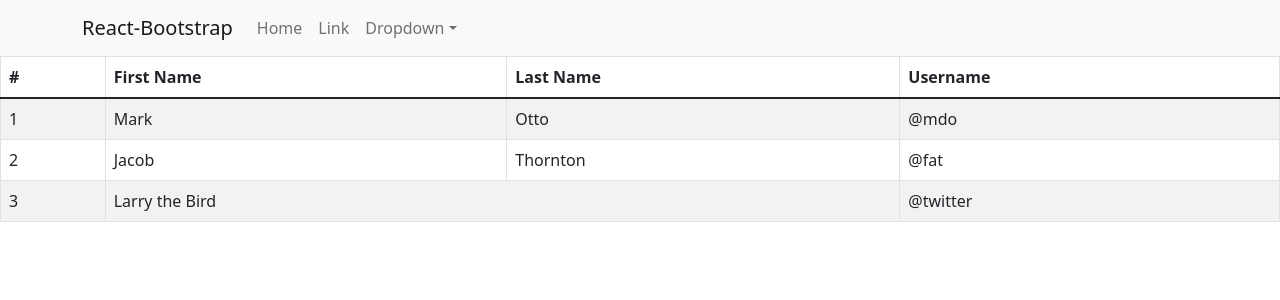
Repository: hieuche123/practice-reactjs
Page: /
The author's editor kept a copy of each file at every save. The page is drawn from the files as they stood at one save, then again after the next save.
The browser window is 1280 px wide. The pictures show the whole page.
The project was rebuilt for these pictures with package versions that can differ from the ones it lists, and the page was loaded fresh each time.

Above is the page before, as saved 2023-03-21 16:35:24.

### src/index.js
import React from 'react';
import ReactDOM from 'react-dom';
import App from './App';
import 'bootstrap/dist/css/bootstrap.min.css';

ReactDOM.render(
  <React.StrictMode>
    <App />
  </React.StrictMode>,
  document.getElementById('root')
);

// If you want to start measuring performance in your app, pass a function
// to log results (for example: reportWebVitals(console.log))
// or send to an analytics endpoint. Learn more: https://bit.ly/CRA-vitals

### src/App.js

import './App.scss';
import Header from './components/Header';
import TableUsers from './components/TableUsers';

function App() {
  return (
    <div className="app-container">
      <Header/>
      <TableUsers/>
    </div>
  );
}

export default App;

### src/components/Header.js
import Container from 'react-bootstrap/Container';
import Nav from 'react-bootstrap/Nav';
import Navbar from 'react-bootstrap/Navbar';
import NavDropdown from 'react-bootstrap/NavDropdown';
function Header() {
    return (
        <>
            <Navbar bg="light" expand="lg">
                <Container>
                    <Navbar.Brand href="#home">React-Bootstrap</Navbar.Brand>
                    <Navbar.Toggle aria-controls="basic-navbar-nav" />
                    <Navbar.Collapse id="basic-navbar-nav">
                    <Nav className="me-auto">
                        <Nav.Link href="#home">Home</Nav.Link>
                        <Nav.Link href="#link">Link</Nav.Link>
                        <NavDropdown title="Dropdown" id="basic-nav-dropdown">
                        <NavDropdown.Item href="#action/3.1">Action</NavDropdown.Item>
                        <NavDropdown.Item href="#action/3.2">
                            Another action
                        </NavDropdown.Item>
                        <NavDropdown.Item href="#action/3.3">Something</NavDropdown.Item>
                        <NavDropdown.Divider />
                        <NavDropdown.Item href="#action/3.4">
                            Separated link
                        </NavDropdown.Item>
                        </NavDropdown>
                    </Nav>
                    </Navbar.Collapse>
                </Container>
            </Navbar>
        </>
    );
}

export default Header;

### src/components/TableUsers.js
import Table from 'react-bootstrap/Table';

function TableUsers() {
    return (
        <>
            <Table striped bordered hover>
                <thead>
                    <tr>
                    <th>#</th>
                    <th>First Name</th>
                    <th>Last Name</th>
                    <th>Username</th>
                    </tr>
                </thead>
                <tbody>
                    <tr>
                    <td>1</td>
                    <td>Mark</td>
                    <td>Otto</td>
                    <td>@mdo</td>
                    </tr>
                    <tr>
                    <td>2</td>
                    <td>Jacob</td>
                    <td>Thornton</td>
                    <td>@fat</td>
                    </tr>
                    <tr>
                    <td>3</td>
                    <td colSpan={2}>Larry the Bird</td>
                    <td>@twitter</td>
                    </tr>
                </tbody>
            </Table>


        </>
    );
}

export default TableUsers;

Loaded but not shown: public/index.html (common file); src/App.scss (common file)

After the next save:
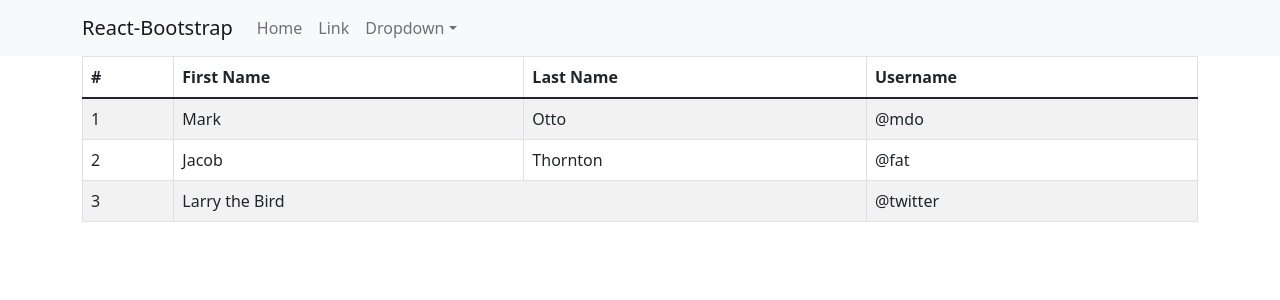
Saved 106 s later.
--- a/src/App.js
+++ b/src/App.js
@@ -1,4 +1,5 @@
 
+import { Container } from 'react-bootstrap';
 import './App.scss';
 import Header from './components/Header';
 import TableUsers from './components/TableUsers';
@@ -7,7 +8,9 @@ function App() {
   return (
     <div className="app-container">
       <Header/>
-      <TableUsers/>
+      <Container>
+        <TableUsers/>
+      </Container>
     </div>
   );
 }
